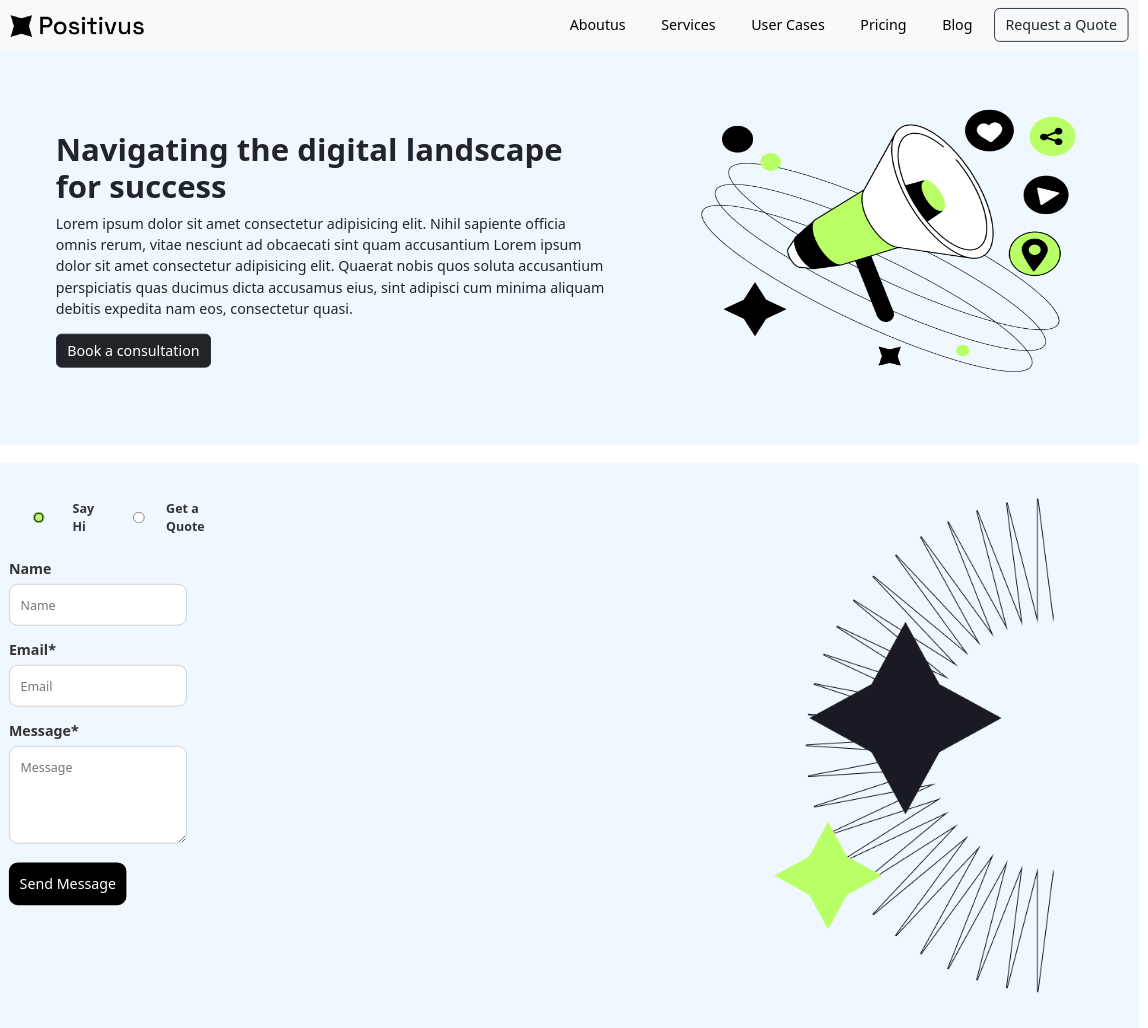
Repository: inshaabbas/CSS-Hackathon-SMIT
Page: index.html
An editor plug-in stored every save of this project. The page is shown before and after a run of saves, followed by the edit.
The browser window is 1280 px wide. The page is 1280 px wide, then 1290 px, then 1280 px, so the pictures cover 1290 px, including what lies to the right of the window. The pictures show the whole page, at 89% of full size.

Above is the page before, as saved 2025-06-25 09:57:45.

### index.html
<!DOCTYPE html>
<html lang="en">
<head>
    <meta charset="UTF-8">
    <meta name="viewport" content="width=device-width, initial-scale=1.0">
    <title>CSS Hackathon</title>
    <!-- Bootstrap CDN -->
     <link href="https://cdn.jsdelivr.net/npm/bootstrap@5.3.7/dist/css/bootstrap.min.css" rel="stylesheet" integrity="sha384-LN+7fdVzj6u52u30Kp6M/trliBMCMKTyK833zpbD+pXdCLuTusPj697FH4R/5mcr" crossorigin="anonymous">
    <!-- Font Awesome CDN -->
     <link rel="stylesheet" href="https://cdnjs.cloudflare.com/ajax/libs/font-awesome/6.7.2/css/all.min.css" integrity="sha512-Evv84Mr4kqVGRNSgIGL/F/aIDqQb7xQ2vcrdIwxfjThSH8CSR7PBEakCr51Ck+w+/U6swU2Im1vVX0SVk9ABhg==" crossorigin="anonymous" referrerpolicy="no-referrer"/>
    <!-- External Style Sheet -->
     <link rel="stylesheet" href="./style.css">
</head>
<body>
    <!-- Header Section Starts -->
    <header class="container-xxl">
      <div class="fixed-top">
         <nav class="navbar navbar-expand-lg bg-body-tertiary">
  <div class="container-fluid">
    <a class="navbar-brand" href="#"><img src="./Assets/logo.png" alt="Logo" width="150px"></a>
    <button class="navbar-toggler" type="button" data-bs-toggle="collapse" data-bs-target="#navbarSupportedContent" aria-controls="navbarSupportedContent" aria-expanded="false" aria-label="Toggle navigation">
      <span class="navbar-toggler-icon"></span>
    </button>
    <div class="collapse navbar-collapse" id="navbarSupportedContent">
      <ul class="navbar-nav ms-auto me-3 gap-4 mb-2 mb-lg-0">
        <li class="nav-item">
          <a class="nav-link active" aria-current="page" href="#">Aboutus</a>
        </li>
        <li class="nav-item">
          <a class="nav-link active" href="#">Services</a>
        </li>
        <li class="nav-item">
          <a class="nav-link active" aria-disabled="true">User Cases</a>
        </li>
        <li class="nav-item">
          <a class="nav-link active" aria-current="page" href="#">Pricing</a>
        </li>
        <li class="nav-item">
          <a class="nav-link active" aria-current="page" href="#">Blog</a>
        </li>
      </ul>
        <button class="btn btn-outline-dark" type="submit">Request a Quote</button>
      </form>
    </div>
  </div>
</nav>
      </div>
    </header>
    <!-- Header Section Ends -->

    <!-- Hero Section Starts -->
     <section class="hero-sec container-xxl">
        <div class="hero-text">
            <h2>Navigating the digital landscape for success</h2>
            <p>Lorem ipsum dolor sit amet consectetur adipisicing elit. Nihil sapiente officia omnis rerum, vitae nesciunt ad obcaecati sint quam accusantium Lorem ipsum dolor sit amet consectetur adipisicing elit. Quaerat nobis quos soluta accusantium perspiciatis quas ducimus dicta accusamus eius, sint adipisci cum minima aliquam debitis expedita nam eos, consectetur quasi.</p>
            <button type="button" class="btn btn-dark">Book a consultation</button>
        </div>
        <div class="hero-img">
            <img src="./Assets/hero-sec-img.png" alt="Hero Section Img" width="450px" height="330px">
        </div>
     </section>
    <!-- Hero Section Ends -->

     <!-- Contact section Starts -->
     <section class="contact-section">
      <div class="contact-form">
        <form>
          <!-- Radio Buttons -->
          <div class="radio-group">
            <label><input type="radio" name="purpose" checked>Say Hi</label>
            <label><input type="radio" name="purpose"> Get a Quote</label>
          </div>

          <!-- Name -->
          <div class="form-group">
            <label for="name">Name</label>
            <input type="text" id="name" name="name" placeholder="Name" required>
          </div>

          <!-- Email -->
          <div class="form-group">
            <label for="email">Email*</label>
            <input type="email" id="email" name="email" placeholder="Email" required>
          </div>

          <!-- Message -->
          <div class="form-group">
            <label for="message">Message*</label>
            <textarea id="message" name="message" placeholder="Message" rows="4" required></textarea>
          </div>

          <!-- Button -->
          <button type="submit">Send Message</button>
        </form>
       </div>
      <div>
        <img src="./Assets/Contact-img.png" alt="Contact img" width="400px" style="margin-left: -20px;">
      </div>
     </section>







<script src="https://cdn.jsdelivr.net/npm/@popperjs/core@2.11.8/dist/umd/popper.min.js" integrity="sha384-I7E8VVD/ismYTF4hNIPjVp/Zjvgyol6VFvRkX/vR+Vc4jQkC+hVqc2pM8ODewa9r" crossorigin="anonymous"></script>
<script src="https://cdn.jsdelivr.net/npm/bootstrap@5.3.7/dist/js/bootstrap.min.js" integrity="sha384-7qAoOXltbVP82dhxHAUje59V5r2YsVfBafyUDxEdApLPmcdhBPg1DKg1ERo0BZlK" crossorigin="anonymous"></script>
</body>
</html>

### style.css
.hover-img{
    transition: transform 0.3s ease;
}

.hover-img:hover{
    transform: scale(1.1);
}

.hero-sec{
    display: flex;
    justify-content: space-around;
    align-items: center;
    padding: 20px;
    height: 500px;
    background-color: aliceblue;
    padding-top: 80px;
}

.hero-text{
    width: 50%;
}

.hero-text h2{
    font-size: 35px;
    font-weight: bold;
}

@media screen and (max-width: 1010px) {
    .hero-img img{
        width: 350px;
        height: 300px;
    }
    .hero-sec{
        height: auto;
    }
}

@media screen and (max-width: 800px){
    .hero-sec{
        flex-direction: column;
        gap: 50px;
    }

    .hero-text{
    width: 100%;
}
}

/* Hero Section End */

/* Contact Section Starts */

.contact-section{
    display: flex;
    justify-content: space-between;
    /* height: 400px; */
    height: auto;
    background-color: aliceblue;
    margin-top: 20px;
    padding: 40px 10px;
}

.radio-group {
  display: flex;
  gap: 20px;
  margin-bottom: 20px;
  font-size: 14px;
}

.radio-group label{
  display: flex;
  align-items: center;
  gap: 5px;
  font-size: 14px;
  color: #333;
  cursor: pointer;
  width: 100px;
}


input[type="radio"] {
  accent-color: #b9ff66;
}

.form-group {
  margin-bottom: 15px;
}

label {
  display: block;
  margin-bottom: 5px;
  font-weight: bold;
  color: #333;
}

input,
textarea {
  width: 100%;
  max-width: 200px;
  padding: 12px;
  font-size: 14px;
  border: 1px solid #ccc;
  border-radius: 10px;
  box-sizing: border-box;
}

button {
  background-color: #000;
  color: #fff;
  border: none;
  padding: 12px;
  /* width: 50%; */
  border-radius: 10px;
  font-size: 16px;
  cursor: pointer;
  transition: background-color 0.3s;
}

button:hover {
  background-color: #333;
}

After the next 3 saves:
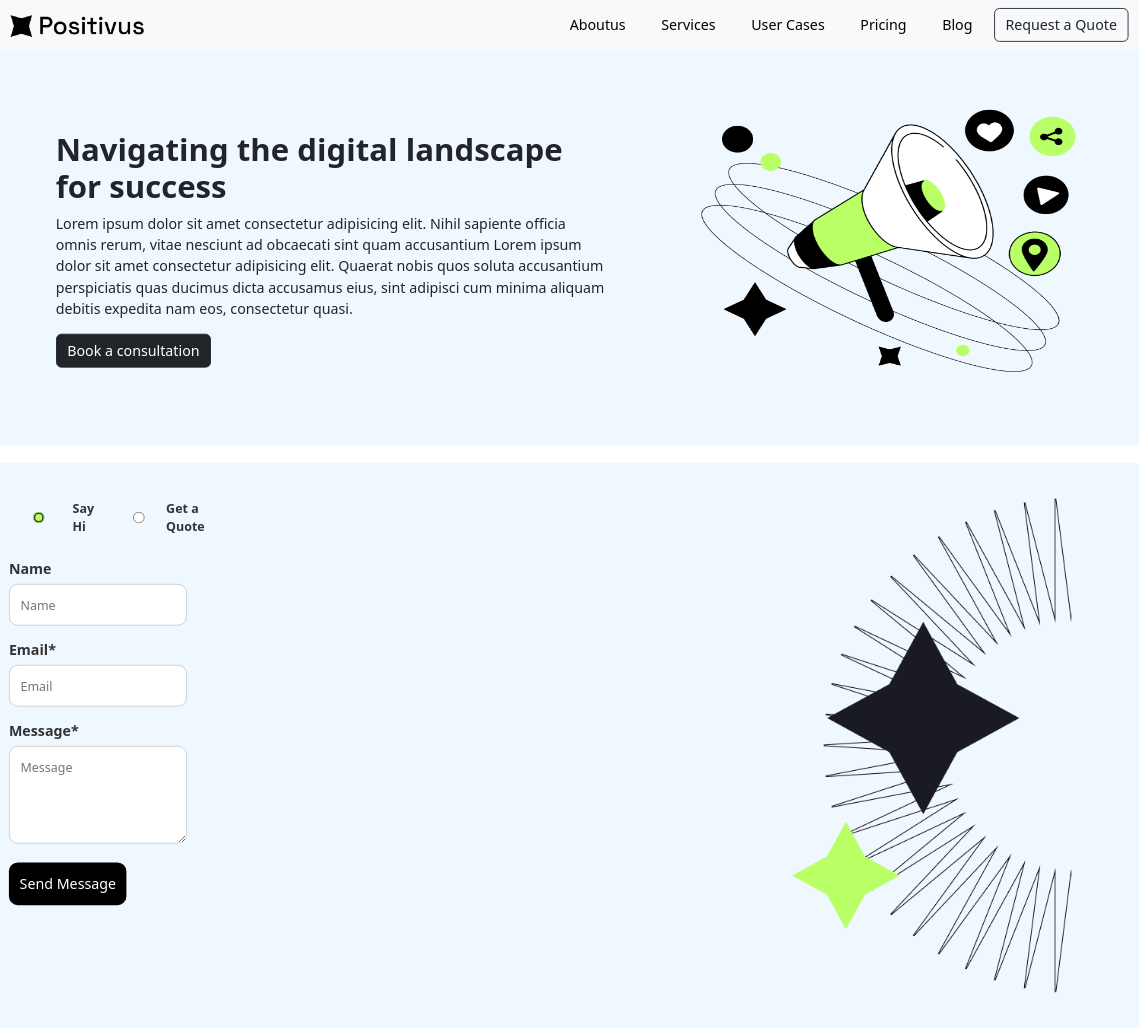
The 3 saves are shown as one change because they came seconds apart.
The last was saved 10 s later.
--- a/index.html
+++ b/index.html
@@ -94,7 +94,7 @@
         </form>
        </div>
       <div>
-        <img src="./Assets/Contact-img.png" alt="Contact img" width="400px" style="margin-left: -20px;">
+        <img src="./Assets/Contact-img.png" alt="Contact img" width="400px" style="margin-right: -20px;">
       </div>
      </section>
 

After the save that followed:
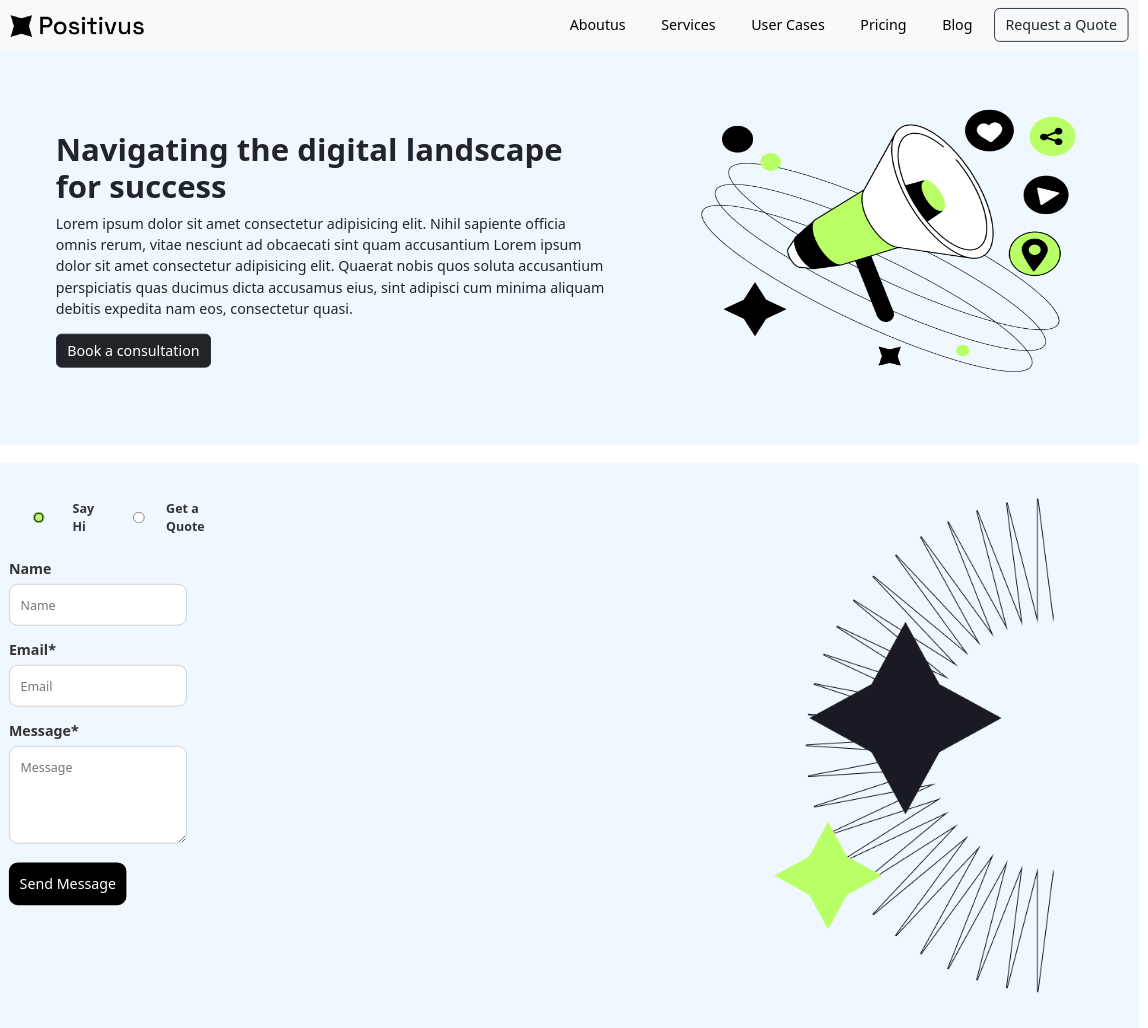
Saved 10 s later.
--- a/index.html
+++ b/index.html
@@ -94,7 +94,7 @@
         </form>
        </div>
       <div>
-        <img src="./Assets/Contact-img.png" alt="Contact img" width="400px" style="margin-right: -20px;">
+        <img src="./Assets/Contact-img.png" alt="Contact img" width="400px">
       </div>
      </section>
 
